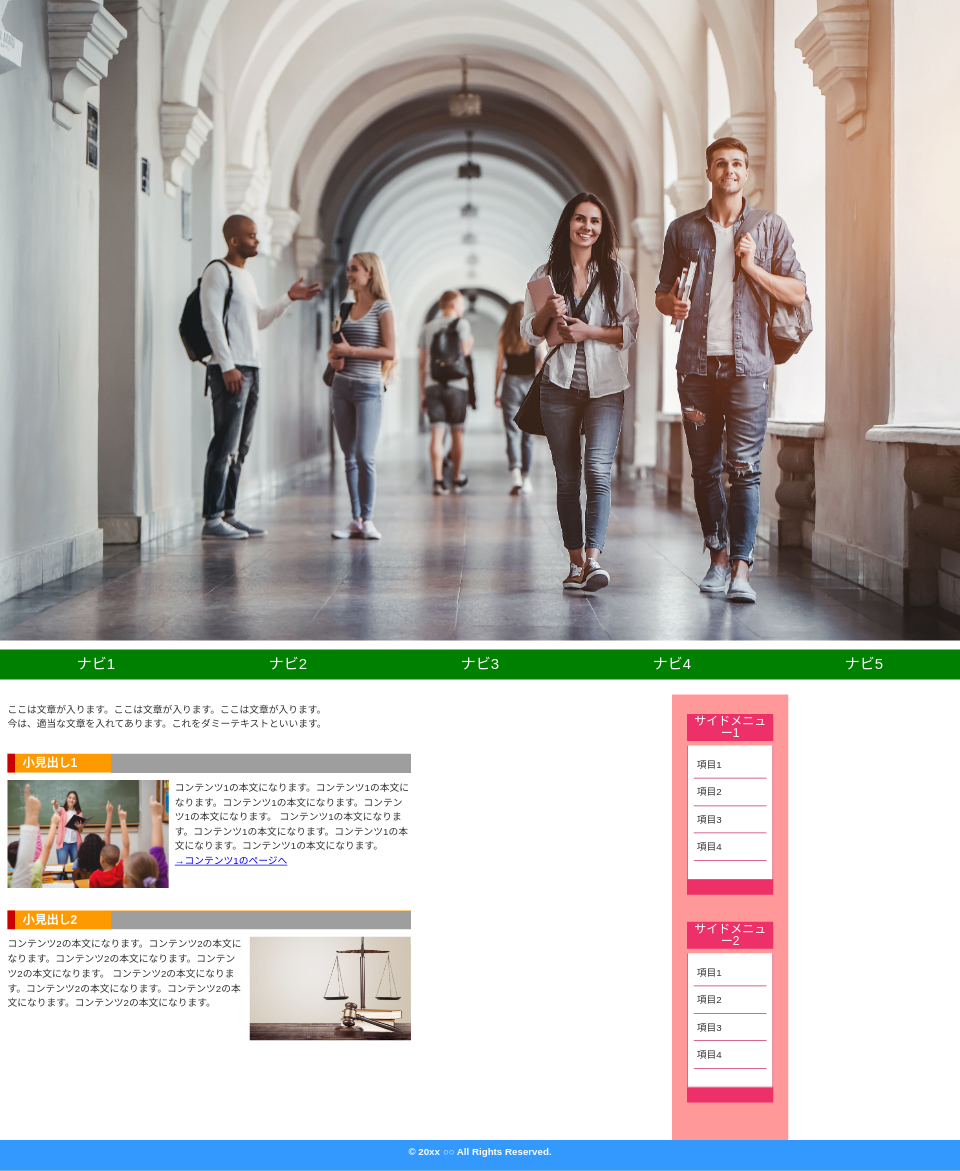
Repository: kaiji0502/samurai_HTML-CSS
Page: home.html
The author's editor kept a record of every edit. The page is drawn from the files as they stood at one moment, then again after the next edit.
The browser window is 1280 px wide. The pictures show the whole page, at 75% of full size.
Pictures or frames that could not be fetched are drawn as grey boxes.

Above is the page before.

### home.html
<!DOCTYPE html>
<html lang="ja">

<head>
    <meta charset="UTF-8">
    <title>HTML/CSSの学習</title>
    <link rel="stylesheet" href="stylesheet.css">
</head>

<body>
    <div id="header">
        <h1><a href="index.html"><img id="corridor" src="images/corridor.jpg" alt="大学の廊下" /></a></h1>
    </div>
    <div id="wrapper">
        <div id="nav">
            <ul>
                <li><a href="home.html">ナビ1</a></li>
                <li><a href="#">ナビ2</a></li>
                <li><a href="#">ナビ3</a></li>
                <li><a href="#">ナビ4</a></li>
                <li><a href="#">ナビ5</a></li>
            </ul>
        </div>
        <div id="container">
            <div id="main">
                <div class="post">
                    <p>ここは文章が入ります。ここは文章が入ります。ここは文章が入ります。<br />今は、適当な文章を入れてあります。これをダミーテキストといいます。</p>
                </div>
                <div class="post clearfix">
                    <h2>小見出し1</h2>
                    <img class="left" src="images/classroom.jpg" alt="授業風景" />
                    <p>
                        コンテンツ1の本文になります。コンテンツ1の本文になります。コンテンツ1の本文になります。コンテンツ1の本文になります。 コンテンツ1の本文になります。コンテンツ1の本文になります。コンテンツ1の本文になります。コンテンツ1の本文になります。
                    </p>
                    <p><a href="#">→コンテンツ1のページへ</a></p>
                </div>
                <div class="post clearfix">
                    <h2>小見出し2</h2>
                    <img class="right" src="images/scale.jpg" alt="天秤" />
                    <p>
                        コンテンツ2の本文になります。コンテンツ2の本文になります。コンテンツ2の本文になります。コンテンツ2の本文になります。 コンテンツ2の本文になります。コンテンツ2の本文になります。コンテンツ2の本文になります。コンテンツ2の本文になります。
                    </p>
            </div>
        </div>
        <div id="side">
            <div class="box">
                <h2>サイドメニュー1</h2>
                <div class="boxBody">
                    <ul>
                        <li>項目1</li>
                        <li>項目2</li>
                        <li>項目3</li>
                        <li>項目4</li>
                    </ul>
                </div>
            </div>
            <div class="box">
                <h2>サイドメニュー2</h2>
                <div class="boxBody">
                    <ul>
                        <li>項目1</li>
                        <li>項目2</li>
                        <li>項目3</li>
                        <li>項目4</li>
                    </ul>
                </div>
            </div>
        </div>
    </div>
    </div>
    <div id="footer">
        <p>&copy; 20xx ○○ All Rights Reserved.</p>
    </div>
</body>

</html>

### stylesheet.css
@charset "utf-8";

body {
	margin: 0;
	padding: 0;
	font-family: "ヒラギノ角ゴ Pro W3", "Hiragino Kaku Gothic Pro", "メイリオ", Meiryo, Osaka, "ＭＳ Ｐゴシック", "MS PGothic", sans-serif;
	color: #333;
	font-size: 13px;
	line-height: 150%;
}

/* -------------------- wrapper -------------------- */
#wrapper {
	width: 100%;
	margin: auto;
	padding: 0px;
	border: 0px;
	background-color: #FFF;
	top: 10px;
	position: relative;
}

/* -------------------- header -------------------- */
#header {
	width: 100%;
}
#header h1 {
	margin: 0;
	padding: 0;
}

#corridor {
	width: 100%;
	height: auto;
}

/* -------------------- footer -------------------- */
#footer {
	clear: both;
	width: 100%;
	padding: 3px 0 3px 0;
	background: #39F;
	color: #FFF;
	font-weight: bold;
	text-align: center;
}

/* -------------------- nav -------------------- */
#nav {
	width: 100%;
}
#nav ul {
	display: flex;
	margin: 0;
	padding: 0;
	list-style-type: none;
}
#nav ul li {
	/*float: left;*/
	width: 20%;
	text-align: center;
}
#nav ul li a {
	display: block;
	height: 20px;
	margin: 0;
	padding: 10px;
	color: #FFF;
	font-size: 20px;
	text-decoration: none;
	background-color: green;
}


#nav ul li a:hover{
	filter: drop-shadow(10px 10px 10px black);
}

/* -------------------- container -------------------- */
#container {
	width: 100%;
	margin: auto ;
	padding: auto;
	padding-top: 20px;
	clear: both;
	display: grid;
	grid-template-columns:70vw 30vw;
}
/* -------------------- main -------------------- */
#main {
	float: left;
	width: 60%;
	padding: 10px 30px 10px 10px;
}
#main h2 {
	margin: 0 0 10px 0;
	padding: 3px 10px 3px 10px;
	color: #FFF;
	font-size: 16px;
	border-left: solid 10px #C00;
	background: #F90 url(../images/main_h2.jpg) right top repeat-y;
}
#main p {
	margin: 0;
	padding: 0;
}
#main .post {
	margin: 0 0 30px 0;
}

#main .post img.right {
	margin: 0 0 0 8px;
}
#main .post img.left {
	margin: 0 8px 0 0;
}

.right {
	float: right;
	width: 40%;
	height: auto;
}
.left {
	float: left;
	width: 40%;
	height: auto;
}

/* -------------------- clearfix -------------------- */
.clearfix {
	zoom: 1;
}
.clearfix:after{
	content: "";
	display: block;
	clear: both;
}

/* -------------------- side -------------------- */
#side {
	float: right;
	width: 30%;
	padding: 20px;
	background-color: #F99;
}
#side .box {
	margin: 0 auto 30px auto;
	padding: 0 0 20px 0;
	background: url(images/side_box.png) bottom no-repeat;
}
#side .box h2 {
	margin: 0;
	padding: 8px;
	text-align: center;
	color: #fff;
	font-size: 16px;
	line-height: 16px;
	font-weight: normal;
	background: url(images/side_box_h2.png) center no-repeat;
}
#side .box .boxBody {
	padding: 8px;
	border-right: solid 1px #C36;
	border-bottom: solid 1px #C36;
	border-left: solid 1px #C36;
	background: #fff;
}
#side .box .boxBody ul {
	margin: 0 0 16px 0;
	padding: 0;
}
#side .box .boxBody ul li {
	padding: 8px 0 8px 4px;
	list-style: none;
	border-bottom: solid 1px #C36;
}

#side .box .boxBody ul li:hover{
	padding:8px 0 8px 4px;
	list-style: none;
	border-bottom: solid 1px #C36;
	box-shadow: 0px 4px 4px rgba(0,0,0,0.3);

}

After the next edit:
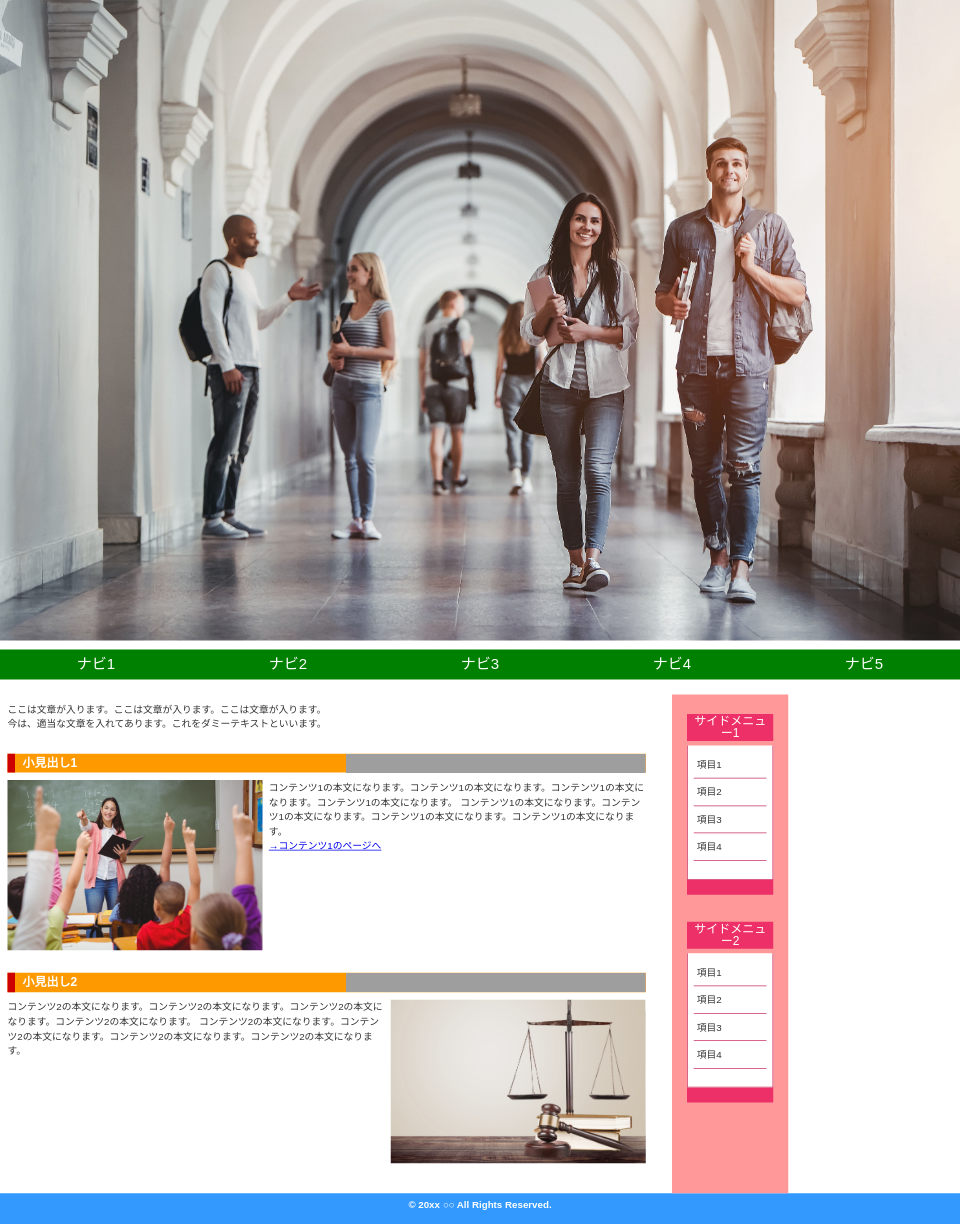
The edit:
--- a/stylesheet.css
+++ b/stylesheet.css
@@ -88,8 +88,9 @@
 }
 /* -------------------- main -------------------- */
 #main {
-	float: left;
-	width: 60%;
+	width: 95%;
+	/*float: left;*/
+	/*width: 60%;*/
 	padding: 10px 30px 10px 10px;
 }
 #main h2 {
